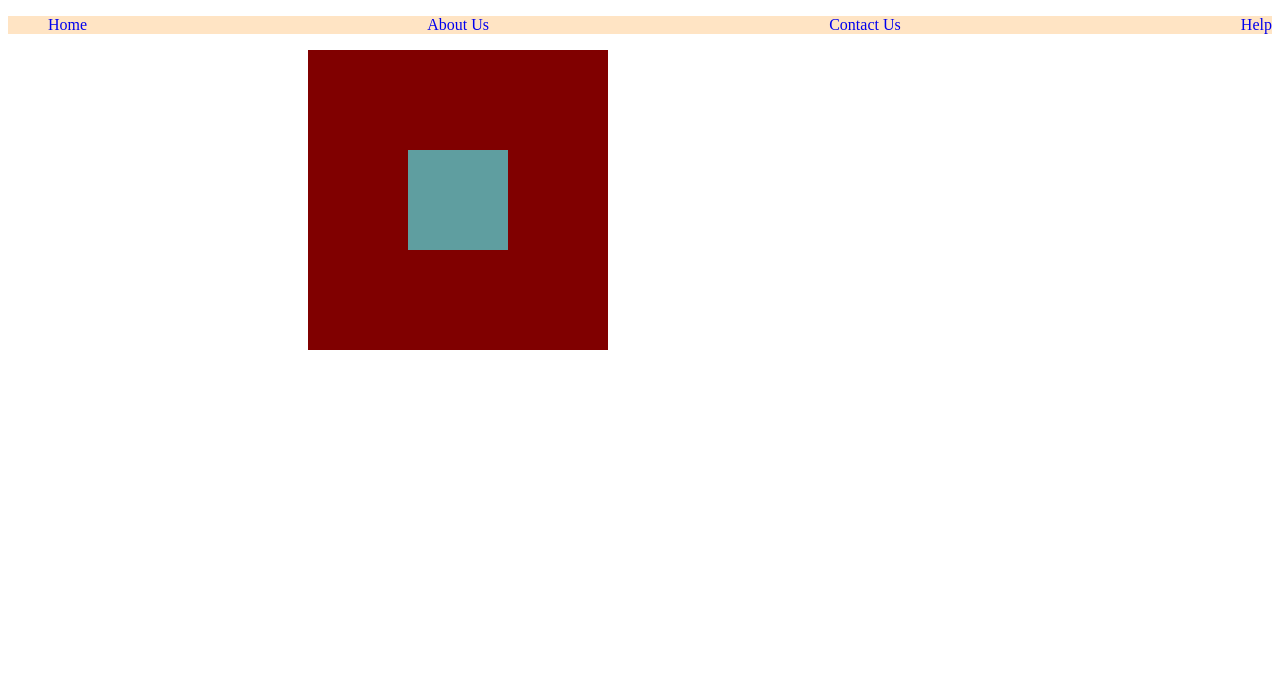
Repository: rakeshkolpepatil/CSS_Apana_College
Page: index.html
The author's editor kept a copy of each file at every save. The page is drawn from the files as they stood at one save, then again after the next save.
The browser window is 1280 px wide. The pictures show the whole page.

Above is the page before, as saved 2023-06-24 23:17:33.

### index.html
<!DOCTYPE html>
<html lang="en">
<head>
  <meta charset="UTF-8">
  <meta name="viewport" content="width=device-width, initial-scale=1.0">
  <title>Practice Set 6</title>
  <link rel="stylesheet" href="styleEight.css"/>
</head>
<body>
  <div>
    <ul class="navbar">
      <li> <a class="litem" href="#"> Home </a> </li>
      <li> <a class="litem" href="#"> About Us </a> </li>
      <li> <a class="litem" href="#"> Contact Us </a> </li>
      <li> <a class="litem" href="#"> Help </a> </li>
    </ul>
  </div>

  <div id="outer">
    <div id="inner">

    </div>
  </div>
</body>
</html>

### styleEight.css
ul{
  list-style-type: none;
}

.navbar{
  display: flex;
  justify-content: space-between;
  background-color:bisque
}
.litem{
  text-decoration: none;
  /* background-color:aqua; */
  /* display: inline; */
}

#outer{
  height: 300px;
  width: 300px;
  background-color:maroon;
  display: flex;
  justify-content: center;
  align-items:center;
  position: relative;
  left: 300px;
}
#inner{
  height: 100px;
  width: 100px;
  background-color:cadetblue;
}

After the next save:
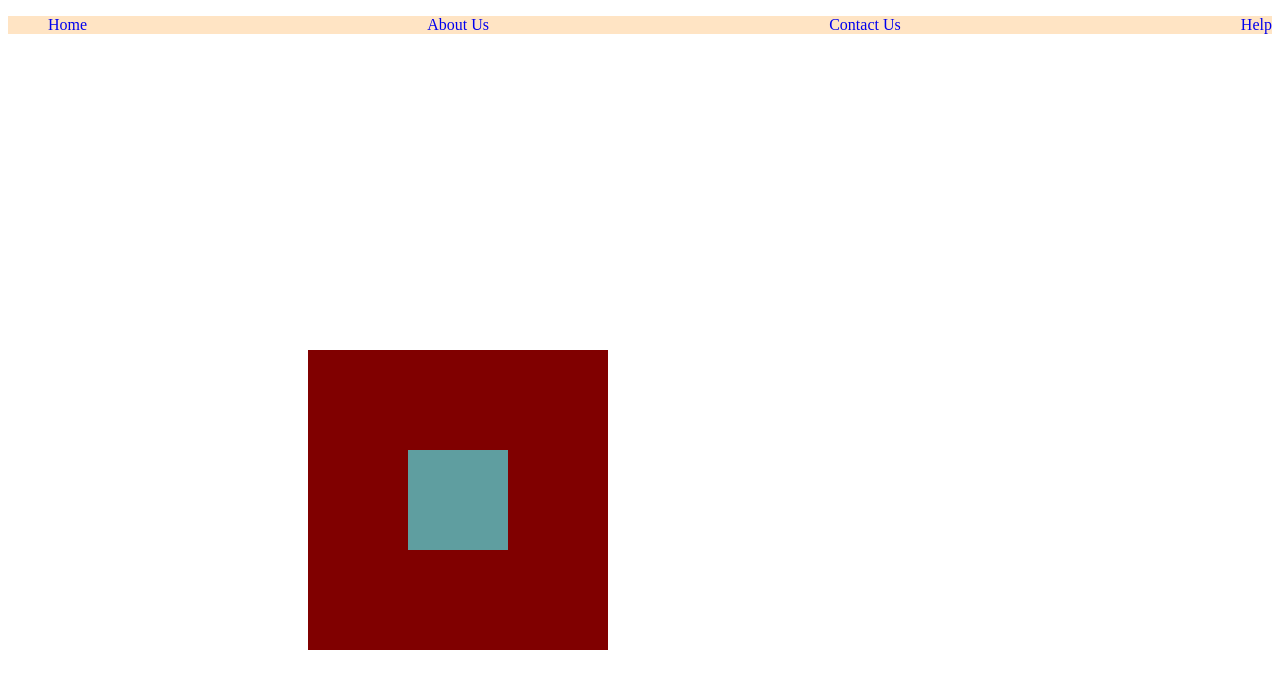
Saved 9 s later.
--- a/styleEight.css
+++ b/styleEight.css
@@ -22,6 +22,7 @@ ul{
   align-items:center;
   position: relative;
   left: 300px;
+  top: 300px
 }
 #inner{
   height: 100px;
